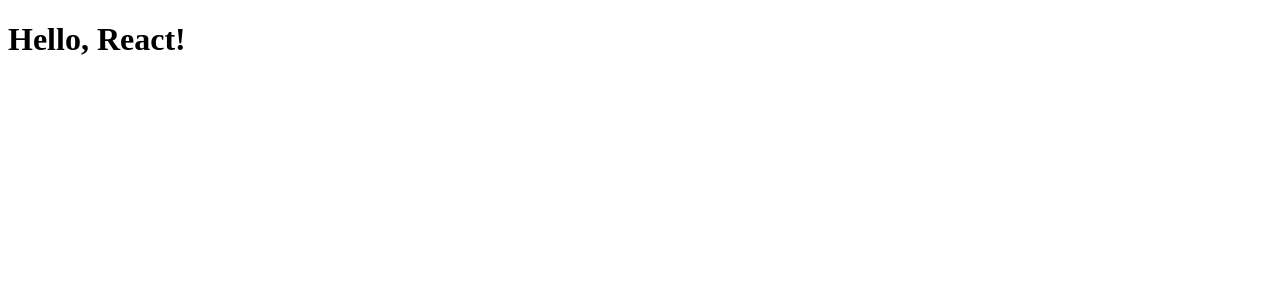
Repository: Aaryan-Poria/pizza-menu
Page: /
The author's editor kept a copy of each file at every save. The page is drawn from the files as they stood at one save, then again after a run of saves.
The browser window is 1280 px wide. The pictures show the whole page.
The project was rebuilt for these pictures with package versions that can differ from the ones it lists, and the page was loaded fresh each time.

Above is the page before, as saved 2023-10-02 12:48:07.

After the next 2 saves:
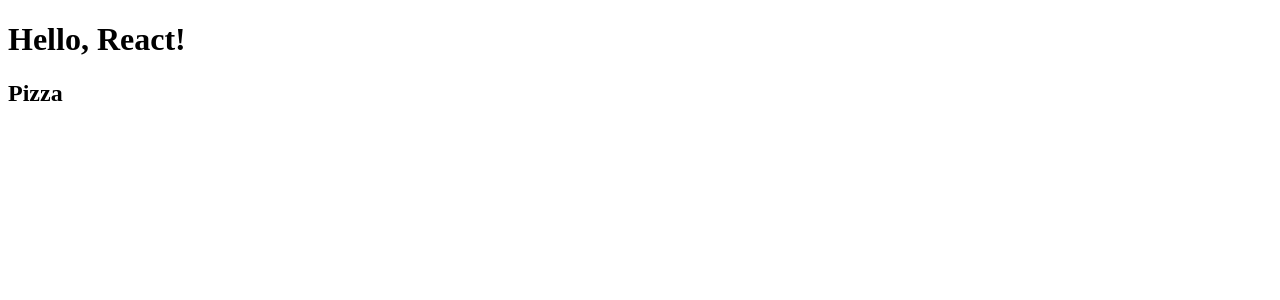
The 2 saves are shown as one change because 1 did not build or start.
The last was saved 2 min 20 s later.
--- a/src/index.js
+++ b/src/index.js
@@ -2,7 +2,12 @@
 import ReactDOM from "react-dom/client";
 
 function App() {
-  return <h1>Hello, React!</h1>;
+  return (
+    <div>
+      <h1>Hello, React!</h1>
+      <Pizza />
+    </div>
+  );
 }
 
 function Pizza() {
